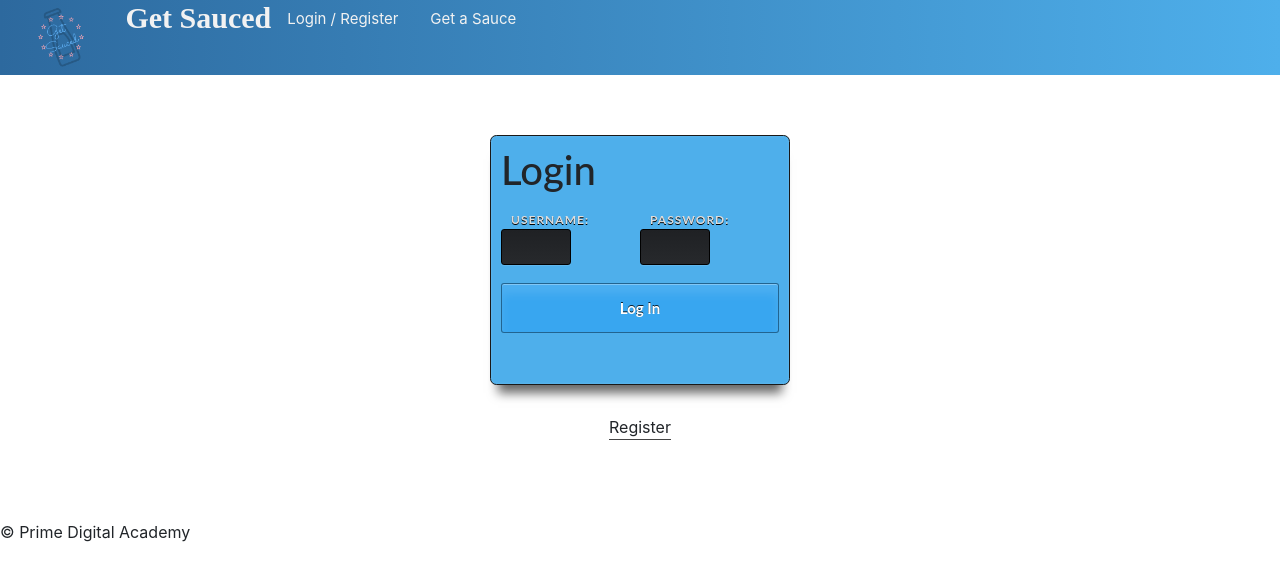
Repository: cossalter18/getSauced
Page: /
The author's editor kept a copy of each file at every save. The page is drawn from the files as they stood at one save, then again after a run of saves.
The browser window is 1280 px wide. The pictures show the whole page.
The page's requests for data from a server got no answer. The project was rebuilt for these pictures with package versions that can differ from the ones it lists, and the page was loaded fresh each time. No one was signed in, and anything a server would have sent is missing. Also part of the build but not shown: src/components/LogOutButton/LogOutButton.js, src/components/RegisterPage/RegisterPage.js, src/components/AboutPage/AboutPage.css, src/components/AboutPage/AboutPage.js, src/components/UserPage/UserPage.js, src/components/BlogPost/BlogPost.js, src/components/NewPost/NewPost.css, src/components/NewPost/NewPost.js and 8 more.

Above is the page before, as saved 2020-06-03 11:27:44.

### src/index.js
import React from 'react';
import ReactDOM from 'react-dom';
import { createStore, applyMiddleware } from 'redux';
import { Provider } from 'react-redux';
import createSagaMiddleware from 'redux-saga';
import logger from 'redux-logger';

import rootReducer from './redux/reducers'; // imports ./redux/reducers/index.js
import rootSaga from './redux/sagas'; // imports ./redux/sagas/index.js

import App from './components/App/App';

import '../node_modules/bootstrap/dist/css/bootstrap.min.css'

const sagaMiddleware = createSagaMiddleware();

// this line creates an array of all of redux middleware you want to use
// we don't want a whole ton of console logs in our production code
// logger will only be added to your project if your in development mode
const middlewareList = process.env.NODE_ENV === 'development' ?
  [sagaMiddleware, logger] :
  [sagaMiddleware];

const store = createStore(
  // tells the saga middleware to use the rootReducer
  // rootSaga contains all of our other reducers
  rootReducer,
  // adds all middleware to our project including saga and logger
  applyMiddleware(...middlewareList),
);

// tells the saga middleware to use the rootSaga
// rootSaga contains all of our other sagas
sagaMiddleware.run(rootSaga);

ReactDOM.render(
  <Provider store={store}>
    <App />
  </Provider>,
  document.getElementById('react-root'),
);

### src/redux/reducers/index.js
import { combineReducers } from 'redux';
import errors from './errorsReducer';
import loginMode from './loginModeReducer';
import user from './userReducer';
import threadReducer from './threadsReducer'
import {reducer as formReducer} from 'redux-form'
import favoritesReducer from './favoritesReducer'
import getDetailsReducer from './getDetailsReducer'
import randomReducer from './randomReducer'

// rootReducer is the primary reducer for our entire project
// It bundles up all of the other reducers so our project can use them.
// This is imported in index.js as rootSaga

// Lets make a bigger object for our store, with the objects from our reducers.
// This is what we get when we use 'state' inside of 'mapStateToProps'
const rootReducer = combineReducers({
  errors, // contains registrationMessage and loginMessage
  loginMode, // will have a value of 'login' or 'registration' to control which screen is shown
  user, // will have an id and username if someone is logged in
  threadReducer,
  formReducer,
  favoritesReducer,
  getDetailsReducer,
  randomReducer
});

export default rootReducer;

### src/redux/sagas/index.js
import { all } from 'redux-saga/effects';
import loginSaga from './loginSaga';
import registrationSaga from './registrationSaga';
import userSaga from './userSaga';
import getThreadSaga from './getThreadsSaga'
import newPostSaga from './newPostSaga'
import deleteSaga from './deleteSaga'
import getFavoritesSaga from './getFavoritesSaga'
import getDetailsSaga from './getDetailsSaga'
import updatePostSaga from './updatePostSaga'
import addFavoritesSaga from './addFavoritesSaga'
import getRandomSaga from './getRandom'
// rootSaga is the primary saga.
// It bundles up all of the other sagas so our project can use them.
// This is imported in index.js as rootSaga

// some sagas trigger other sagas, as an example
// the registration triggers a login
// and login triggers setting the user
export default function* rootSaga() {
  yield all([
    loginSaga(),
    registrationSaga(),
    userSaga(),
    getThreadSaga(),
    newPostSaga(),
    deleteSaga(),
    getFavoritesSaga(),
    getDetailsSaga(),
    updatePostSaga(),
    addFavoritesSaga(),
    getRandomSaga()
  ]);
}

### src/redux/reducers/errorsReducer.js
import { combineReducers } from 'redux';

// loginMessage holds the string that will display
// on the login screen if there's an error
const loginMessage = (state = '', action) => {
  switch (action.type) {
    case 'CLEAR_LOGIN_ERROR':
      return '';
    case 'LOGIN_INPUT_ERROR':
      return 'Enter your username and password!';
    case 'LOGIN_FAILED':
      return 'Oops! The username and password didn\'t match. Try again!';
    case 'LOGIN_FAILED_NO_CODE':
      return 'Oops! Something went wrong! Is the server running?';
    default:
      return state;
  }
};

// registrationMessage holds the string that will display
// on the registration screen if there's an error
const registrationMessage = (state = '', action) => {
  switch (action.type) {
    case 'CLEAR_REGISTRATION_ERROR':
      return '';
    case 'REGISTRATION_INPUT_ERROR':
      return 'Choose a username and password!';
    case 'REGISTRATION_FAILED':
      return 'Oops! That didn\'t work. The username might already be taken. Try again!';
    default:
      return state;
  }
};

// make one object that has keys loginMessage, registrationMessage
// these will be on the redux state at:
// state.errors.loginMessage and state.errors.registrationMessage
export default combineReducers({
  loginMessage,
  registrationMessage,
});

### src/redux/reducers/threadsReducer.js
const threadsReducer = (state = [], action) => {
  switch (action.type) {
    case "SET_THREADS":
      return action.payload;
    default:
      return state;
  }
};

export default threadsReducer;

### src/redux/reducers/favoritesReducer.js
const favoritesReducer = (state = [], action) => {
    switch (action.type) {
        case "SET_FAVORITES":
            return action.payload;
        default:
            return state;
    }
};

export default favoritesReducer;

### src/redux/reducers/getDetailsReducer.js
const getDetailsReducer = (state = {}, action) => {
    switch (action.type) {
        case "SET_DETAILS":
            return action.payload[0];
        default:
            return state;
    }
};

export default getDetailsReducer;

### src/redux/reducers/randomReducer.js
const randomReducer = (state = [], action) => {
    switch (action.type) {
        case "SET_RANDOM":
            return action.payload;
        default:
            return state;
    }
};

export default randomReducer;

### src/redux/sagas/loginSaga.js
import { put, takeLatest } from 'redux-saga/effects';
import axios from 'axios';

// worker Saga: will be fired on "LOGIN" actions
function* loginUser(action) {
  try {
    // clear any existing error on the login page
    yield put({ type: 'CLEAR_LOGIN_ERROR' });

    const config = {
      headers: { 'Content-Type': 'application/json' },
      withCredentials: true,
    };

    // send the action.payload as the body
    // the config includes credentials which
    // allow the server session to recognize the user
    yield axios.post('/api/user/login', action.payload, config);

    // after the user has logged in
    // get the user information from the server
    yield put({type: 'FETCH_USER'});
  } catch (error) {
    console.log('Error with user login:', error);
    if (error.response.status === 401) {
      // The 401 is the error status sent from passport
      // if user isn't in the database or
      // if the username and password don't match in the database
      yield put({ type: 'LOGIN_FAILED' });
    } else {
      // Got an error that wasn't a 401
      // Could be anything, but most common cause is the server is not started
      yield put({ type: 'LOGIN_FAILED_NO_CODE' });
    }
  }
}

// worker Saga: will be fired on "LOGOUT" actions
function* logoutUser(action) {
  try {
    const config = {
      headers: { 'Content-Type': 'application/json' },
      withCredentials: true,
    };

    // the config includes credentials which
    // allow the server session to recognize the user
    // when the server recognizes the user session
    // it will end the session
    yield axios.post('/api/user/logout', config);

    // now that the session has ended on the server
    // remove the client-side user object to let
    // the client-side code know the user is logged out
    yield put({ type: 'UNSET_USER' });

  } catch (error) {
    console.log('Error with user logout:', error);
  }
}

function* loginSaga() {
  yield takeLatest('LOGIN', loginUser);
  yield takeLatest('LOGOUT', logoutUser);
}

export default loginSaga;

### src/redux/sagas/registrationSaga.js
import { put, takeLatest } from 'redux-saga/effects';
import axios from 'axios';

// worker Saga: will be fired on "REGISTER" actions
function* registerUser(action) {
  try {
    // clear any existing error on the registration page
    yield put({ type: 'CLEAR_REGISTRATION_ERROR' });

    // passes the username and password from the payload to the server
    yield axios.post('/api/user/register', action.payload);

    // automatically log a user in after registration
    yield put({ type: 'LOGIN', payload: action.payload });

    // set to 'login' mode so they see the login screen
    // after registration or after they log out
    yield put({type: 'SET_TO_LOGIN_MODE'});
  } catch (error) {
      console.log('Error with user registration:', error);
      yield put({type: 'REGISTRATION_FAILED'});
  }
}

function* registrationSaga() {
  yield takeLatest('REGISTER', registerUser);
}

export default registrationSaga;

### src/redux/sagas/userSaga.js
import axios from 'axios';
import { put, takeLatest } from 'redux-saga/effects';

// worker Saga: will be fired on "FETCH_USER" actions
function* fetchUser() {
  try {
    const config = {
      headers: { 'Content-Type': 'application/json' },
      withCredentials: true,
    };

    // the config includes credentials which
    // allow the server session to recognize the user
    // If a user is logged in, this will return their information
    // from the server session (req.user)
    const response = yield axios.get('/api/user', config);

    // now that the session has given us a user object
    // with an id and username set the client-side user object to let
    // the client-side code know the user is logged in
    yield put({ type: 'SET_USER', payload: response.data });
  } catch (error) {
    console.log('User get request failed', error);
  }
}

function* userSaga() {
  yield takeLatest('FETCH_USER', fetchUser);
}

export default userSaga;

### src/redux/sagas/getThreadsSaga.js
import axios from "axios";
import { put, takeEvery } from "redux-saga/effects";

function* getThreads() {
  try {
    const response = yield axios.get("/api/threads");
    console.log("++++++++++++++", response.data)
    yield put({ type: "SET_THREADS", payload: response.data });

  } catch (error) {
    console.log("Error in GET", error);
  }
}

function* threadSaga() {
  yield takeEvery("GET_THREADS", getThreads);
}

export default threadSaga;

### src/redux/sagas/newPostSaga.js
import axios from "axios";
import { put, takeEvery } from "redux-saga/effects";

function* addPost(action) {
  try {
   console.log("action.payload!!!!!!!!!!!!!", action.payload);
   const response = yield axios.post('/api/threads', action.payload);
   yield put({ type: "GET_THREADS"})

  }catch (error){
      console.log(error);
  }
}

function* newPostSaga() {
  yield takeEvery("NEW_POST", addPost);
}

export default newPostSaga;

//we are going to reuse SET_THREADS reducer

### src/redux/sagas/deleteSaga.js
import axios from "axios";
import { put, takeEvery } from "redux-saga/effects";

function* deletePost(action) {
    try {
        console.log('action.payload =======', action.payload);
        console.log('!!!!!!!!!!!!!!!!!!!!!', action);

        const response = yield axios.delete(`/api/threads/${action.payload}`)
        yield put ({type: "GET_THREADS", payload: response.data})
    } catch (error) {
        console.log("Error in DELETE!!!!!!!!!!!!!!", error);
    }
}

function* deleteSaga() {
    yield takeEvery("DELETE_POST", deletePost);
}

export default deleteSaga;

### src/redux/sagas/getFavoritesSaga.js
import axios from "axios";
import { put, takeEvery } from "redux-saga/effects";

function* getFavorites() {
  try {
    const response = yield axios.get("/api/favorites");
    console.log("!!! FAVORITES !!! ========>", response.data);
    yield put({ type: "SET_FAVORITES", payload: response.data });
  } catch (error) {
    console.log("Error in GET", error);
  }
}

function* getFavoritesSaga() {
  yield takeEvery("GET_FAVORITES", getFavorites);
}

export default getFavoritesSaga;

### src/redux/sagas/getDetailsSaga.js
import axios from "axios";
import { put, takeEvery } from "redux-saga/effects";

function* getDetail(action) {
    try {
        const id = action.payload
        const response = yield axios.get(`/api/threads/blog/${id}`);
        console.log("MADE IT TO getDetail SAGA!!!!!!")
        yield put({ type: "SET_DETAILS", payload: response.data });
    } catch (error) {
        console.log("Error in GET", error);
    }
}

function* getDetailsSaga() {
    yield takeEvery("GET_DETAILS", getDetail);
}

export default getDetailsSaga;

### src/redux/sagas/updatePostSaga.js
import axios from "axios";
import {put, takeEvery } from "redux-saga/effects";

function* updatePost(action) {
    console.log('UpdatePost!!!!!!!!!', action.payload);

    try {
        const response = yield axios.put(`/api/threads/${action.payload.id}`, action.payload)
        console.log('IN UPDATE POST PUT', response);
        // yield put ({type: 'SET_THREADS'})

    } catch (error) {
        console.log(error);
    }
}

function* updatePostSaga() {
    yield takeEvery("UPDATE_POST", updatePost);
}

export default updatePostSaga;

### src/redux/sagas/addFavoritesSaga.js
import axios from "axios";
import { put, takeEvery } from "redux-saga/effects";

function* addFavorites() {
    try {
        const response = yield axios.post("/api/favorites");
        console.log("!!! FAVORITES !!! ========>", response.data);
        yield put({ type: "SET_FAVORITES", payload: response.data });
    } catch (error) {
        console.log("Error in FAVORITES POST", error);
    }
}

function* addFavoritesSaga() {
    yield takeEvery("ADD_FAVORITES", addFavorites);
}

export default addFavoritesSaga;

### src/redux/sagas/getRandom.js
import axios from "axios";
import { put, takeEvery } from "redux-saga/effects";

//https://spoonacular-recipe-food-nutrition-v1.p.rapidapi.com/recipes/random

function* getRandom(action) {
    console.log("IN API REQUEST:", action)
    try {
        const response = yield axios({
            "method": "GET",
            "url": "",
            "headers": {
                "content-type": "application/octet-stream",
                "x-rapidapi-host": "spoonacular-recipe-food-nutrition-v1.p.rapidapi.com",
                "x-rapidapi-key": "c31d4b7038mshacdc5b1ac5dafd5p11278fjsnc256fb5cf578",
                "useQueryString": true
            }, "params": {
                "number": "1",
                "tags": "sauce"
            }
        })
        yield put({ type: "SET_RANDOM", payload: response.data.recipes });
    } catch (error) {
        console.log("Error in GET", error);
    }
}

function* getRandomSaga() {
    yield takeEvery("GET_RANDOM", getRandom);
}

export default getRandomSaga;

### src/components/Nav/Nav.js
import React from "react";
import { Link } from "react-router-dom";
import { connect } from "react-redux";
import LogOutButton from "../LogOutButton/LogOutButton";
import "./Nav.css";

const Nav = (props) => (
  <div className="nav">
    <Link to="/home">
      <img className="logo" src="GetSauced.png" alt="logo" />
      <h2 className="nav-title">Get Sauced</h2>
    </Link>
    <div className="nav-right">
      <Link className="nav-link" to="/home">
        {/* Show this link if they are logged in or not,
        but call this link 'Home' if they are logged in,
        and call this link 'Login / Register' if they are not */}
        {props.user.id ? "Home" : "Login / Register"}
      </Link>
      {/* Show the link to the info page and the logout button if the user is logged in */}
      {props.user.id && (
        <>
          <Link className="nav-link" to="/info">
            Blog Post
          </Link>
          <Link className="nav-link" to="/favorite">
            Favorites
          </Link>
          <Link className="nav-link" to="/profile">
            Profile
          </Link>
          {/* <LogOutButton className="nav-link" /> */}
        </>

      )}
      {/* Always show this link since the about page is not protected */}
      <Link className="nav-link" to="/about">
        Get a Sauce
      </Link>
    </div>
  </div>
);

// Instead of taking everything from state, we just want the user
// object to determine if they are logged in
// if they are logged in, we show them a few more links
// if you wanted you could write this code like this:
// const mapStateToProps = ({ user }) => ({ user });
const mapStateToProps = (state) => ({
  user: state.user,
});

export default connect(mapStateToProps)(Nav);

### src/components/App/App.css
body {
    font-family: 'Segoe UI', Tahoma, Geneva, Verdana, sans-serif;
    margin: 0px;
}

.alert {
    background-color: #ff4545;
    margin: 50px;
}

form {
    background-color: #dbd5d5;
    width: 30%;
    height: 250px;
    margin: 20px auto;
    padding: 25px;
    border-radius: 2px;
}

input {
    margin: 5px;
    margin-bottom: 10px;
}

.log-in, .log-out, .register {
  background-image: linear-gradient(to right, #2d699e, #4eafeb);
  border-radius: 4px;
  color: #f8f8f8;
  min-height: 50px;
  min-width: 100px;
  outline:0;
  cursor: pointer;
}

.log-in:hover, .log-out:hover, .register:hover {
  background-color: #008183;
}

/* This line makes the "Register" and "Login" buttons look like links */
.link-button {
    background:none;
    color:inherit;
    border:none;
    padding:0;
    font: inherit;
    outline:0;
    border-bottom:1px solid #444;
    cursor: pointer;
}

### src/components/Nav/Nav.css
.nav-title {
    font-size: 30px;
    font-weight: 700;
    display: inline-block;
    color: #f2f2f2;
    padding-left: 10px;
    font-family: "SignPainter";
}

.nav {
  overflow: hidden;
  background-image: linear-gradient(to right, #2d699e, #4eafeb)
}

.nav-link {
  float: left;
  color: #f2f2f2;
  /* background-color: #00acb0; */
  text-align: center;
  padding: 24px 10px;
  text-decoration: none;
  font-size: 15px;

  /* these last two make the logout button in
  the nav bar look like another link */
  border:none;
  /* cursor: pointer; */
  outline:0;
}

.nav-link:hover {
  background-color: #87A8C5
}

.nav-right {
  float: right;
}

.logo {
  height:75px;
  width: auto;
  float: left;
}

### src/components/LoginPage/LoginPage.js
import React, { Component } from 'react';
import { connect } from 'react-redux';
import './LoginPage.css'

class LoginPage extends Component {
  state = {
    username: '',
    password: '',
  };

  login = (event) => {
    event.preventDefault();

    if (this.state.username && this.state.password) {
      this.props.dispatch({
        type: 'LOGIN',
        payload: {
          username: this.state.username,
          password: this.state.password,
        },
      });
    } else {
      this.props.dispatch({ type: 'LOGIN_INPUT_ERROR' });
    }
  } // end login

  handleInputChangeFor = propertyName => (event) => {
    this.setState({
      [propertyName]: event.target.value,
    });
  }

  render() {
    return (
      <div>
        {this.props.errors.loginMessage && (
          <h2
            className="alert"
            role="alert"
          >
            {this.props.errors.loginMessage}
          </h2>
        )}
        <form className="form-3" onSubmit={this.login}>
          <h1>Login</h1>
          <div>
            <label htmlFor="username">
              Username:
              <input type="text" name="username" value={this.state.username} onChange={this.handleInputChangeFor('username')}/>
            </label>
          </div>
          <div>
            <label htmlFor="password">
              Password:
              <input type="password" name="password" value={this.state.password} onChange={this.handleInputChangeFor('password')}/>
            </label>
          </div>
          <div>
            <input className="log-in" type="submit" name="submit" value="Log In"/>
          </div>
        </form>
        <center>
          <button
            type="button"
            className="link-button"
            onClick={() => {this.props.dispatch({type: 'SET_TO_REGISTER_MODE'})}}
          >
            Register
          </button>
        </center>
      </div>
    );
  }
}

// Instead of taking everything from state, we just want the error messages.
// if you wanted you could write this code like this:
// const mapStateToProps = ({errors}) => ({ errors });
const mapStateToProps = state => ({
  errors: state.errors,
});

export default connect(mapStateToProps)(LoginPage);

### src/components/BlogPost/BlogPost.css
.nav-right {
  float: right;
  margin-right: 30px;

}

h2 {
  cursor: pointer;
}

.content {
  font-size: 10px;
}

.button{
  margin: 100px;
  padding: 25px;
}


/* .container {
   width: 75%;
    height: 10rem;
    margin: auto;
    background-color:#4eafeb;
    border-radius: 10px;
} */


.container {
    box-sizing: border-box;
    width: 75%;
    height: 10rem;
    margin-top: 35px;
    margin-bottom: 8px;
    background-color:#4eafeb;
    border-radius: 10px;
    /* white-space: nowrap; */
  overflow: hidden;
  text-overflow: ellipsis;
}

.child {
 white-space: nowrap;
  overflow: hidden;
  text-overflow: ellipsis;

}


/*
.child {
 flex: 1;
    height: auto;
    margin: auto;
    border-color: red;
    border-width: 10px;
} */

### src/components/LoginPage/LoginPage.css
.form-3 {
    font-family: 'Ubuntu', 'Lato', sans-serif;
    font-weight: 400;
    /* Size and position */
    width: 300px;
    position: relative;
    margin: 60px auto 30px;
    padding: 10px;
    overflow: hidden;

    /* Styles */
    background: #4eafeb;
    border-radius: 0.4em;
    border: 1px solid #191919;
    box-shadow:
        inset 0 0 2px 1px rgba(255,255,255,0.08),
        0 16px 10px -8px rgba(0, 0, 0, 0.6);
}

.form-3 label {
    /* Size and position */
    width: 50%;
    float: left;
    padding-top: 9px;

    /* Styles */
    color: #ddd;
    font-size: 12px;
    text-transform: uppercase;
    letter-spacing: 1px;
    text-shadow: 0 1px 0 #000;
    text-indent: 10px;
    font-weight: 700;
    cursor: pointer;
}

.form-3 input[type=text],
.form-3 input[type=password] {
    /* Size and position */
    width: 50%;
    float: left;
    padding: 8px 5px;
    margin-bottom: 10px;
    font-size: 12px;

    /* Styles */
    background: linear-gradient(#1f2124, #27292c);
    border: 1px solid #000;
    box-shadow:
        0 1px 0 rgba(255,255,255,0.1);
    border-radius: 3px;

    /* Font styles */
    font-family: 'Ubuntu', 'Lato', sans-serif;
    color: #fff;

}

.form-3 input[type=text]:hover,
.form-3 input[type=password]:hover,
.form-3 label:hover ~ input[type=text],
.form-3 label:hover ~ input[type=password] {
    background: #27292c;
}

.form-3 input[type=text]:focus,
.form-3 input[type=password]:focus {
    box-shadow: inset 0 0 2px #000;
    background: #494d54;
    border-color: #51cbee;
    outline: none; /* Remove Chrome outline */
}

.form-3 label[for=remember] {
    width: auto;
    float: none;
    display: inline-block;
    text-transform: capitalize;
    font-size: 11px;
    font-weight: 400;
    letter-spacing: 0px;
    text-indent: 2px;
}

.form-3 input[type=checkbox] {
    margin-left: 10px;
    vertical-align: middle;
}

.form-3 input[type=submit] {
    /* Width and position */
    width: 100%;
    padding: 8px 5px;

    /* Styles */
    border: 1px solid #0273dd; /* Fallback */
    border: 1px solid rgba(0,0,0,0.4);
    box-shadow:
        inset 0 1px 0 rgba(255,255,255,0.3),
        inset 0 10px 10px rgba(255,255,255,0.1);
    border-radius: 3px;
    background: #38a6f0;
    cursor:pointer;

    /* Font styles */
    font-family: 'Ubuntu', 'Lato', sans-serif;
    color: white;
    font-weight: 700;
    font-size: 15px;
    text-shadow: 0 -1px 0 rgba(0,0,0,0.8);
}

.form-3 input[type=submit]:hover {
    box-shadow: inset 0 1px 0 rgba(255,255,255,0.6);
}

.form-3 input[type=submit]:active {
    background: #287db5;
    box-shadow: inset 0 0 3px rgba(0,0,0,0.6);
    border-color: #000; /* Fallback */
    border-color: rgba(0,0,0,0.9);
}

.no-boxshadow .form-3 input[type=submit]:hover {
    background: #2a92d8;
}

Loaded but not shown: public/index.html (common file); src/redux/reducers/loginModeReducer.js (common file); src/redux/reducers/userReducer.js (common file); src/components/Footer/Footer.js (common file); src/components/Footer/Footer.css (common file); src/components/App/App.js (98 lines, source omitted); src/components/ProtectedRoute/ProtectedRoute.js (66 lines, source omitted)

After the next 2 saves:
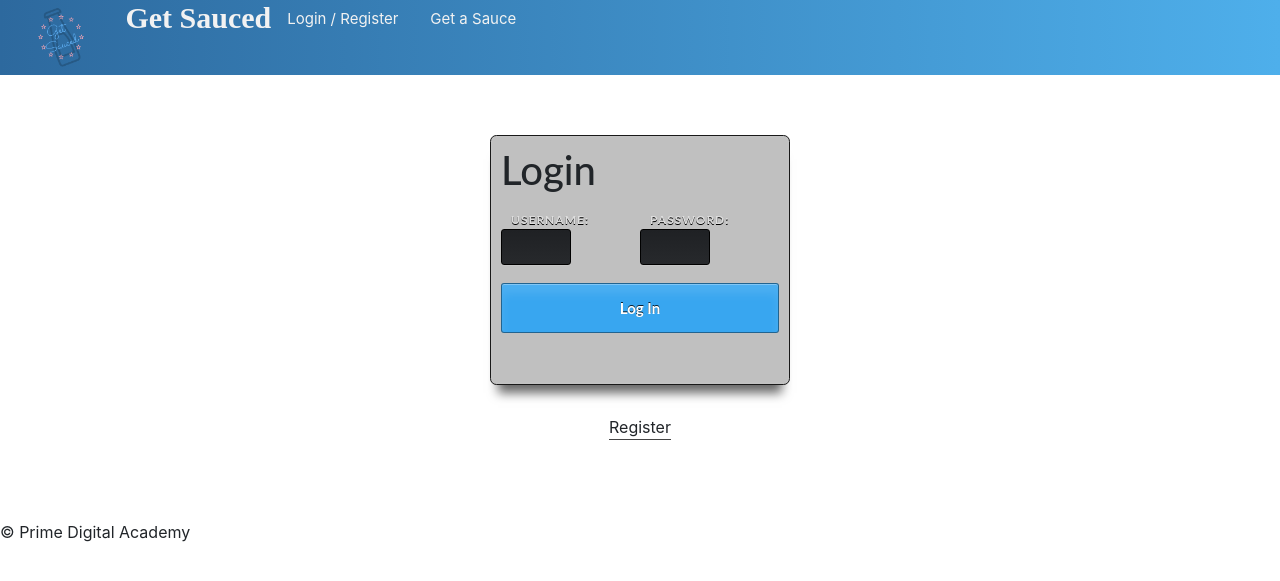
The 2 saves are shown as one change because they came seconds apart.
The last was saved 9 s later.
--- a/src/components/LoginPage/LoginPage.css
+++ b/src/components/LoginPage/LoginPage.css
@@ -9,7 +9,7 @@
     overflow: hidden;
 
     /* Styles */
-    background: #4eafeb;
+    background: silver;
     border-radius: 0.4em;
     border: 1px solid #191919;
     box-shadow:
